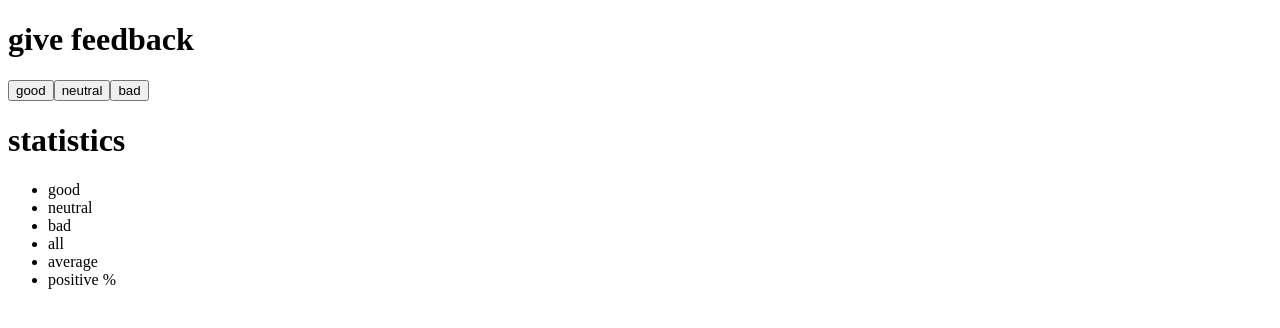
Repository: mariocapitbrok/helsinki-fullstack
Page: / (app in part1/unicafe/)
These files come from the project's save history. The page is drawn as it stood at one moment and after the next save; the edit follows.
The browser window is 1280 px wide. The pictures show the whole page.
The project was rebuilt for these pictures with package versions that can differ from the ones it lists, and the page was loaded fresh each time.

Above is the page before, as saved 2022-01-09 07:48:08.

### part1/unicafe/src/App.js
/* global BigInt */
import React, { useState } from 'react'

const Button = ({ onClick, text }) => <button onClick={onClick}>{text}</button>

const List = ({ title, value }) => (
  <li>
    {title} {value}
  </li>
)

const App = () => {
  const [good, setGood] = useState(BigInt(0))
  const [neutral, setNeutral] = useState(BigInt(0))
  const [bad, setBad] = useState(BigInt(0))
  const [total, setTotal] = useState(BigInt(0))
  const [average, setAverage] = useState(BigInt(0))
  const [percentage, setPercentage] = useState(BigInt(0))

  const handleGood = () => {
    const newGood = good + 1
    const newTotal = newGood + neutral + bad
    const newAverage = (newGood - bad) / newTotal
    const newPercentage = ((newGood / newTotal) * 100).toFixed(14)

    setGood(newGood)
    setTotal(newTotal)
    setAverage(newAverage)
    setPercentage(newPercentage)
  }

  const handleNeutral = () => {
    const newNeutral = neutral + 1
    const newTotal = good + newNeutral + bad
    const newAverage = (good - bad) / newTotal
    const newPercentage = ((good / newTotal) * 100).toFixed(14)

    setNeutral(newNeutral)
    setTotal(newTotal)
    setAverage(newAverage)
    setPercentage(newPercentage)
  }

  const handleBad = () => {
    const newBad = bad + 1
    const newTotal = good + neutral + newBad
    const newAverage = (good - newBad) / newTotal
    const newPercentage = ((good / newTotal) * 100).toFixed(14)

    setBad(newBad)
    setTotal(newTotal)
    setAverage(newAverage)
    setPercentage(newPercentage)
  }

  return (
    <div>
      <h1>give feedback</h1>
      <Button onClick={handleGood} text="good" />
      <Button onClick={handleNeutral} text="neutral" />
      <Button onClick={handleBad} text="bad" />
      <h1>statistics</h1>
      <ul>
        <List title="good" value={good} />
        <List title="neutral" value={neutral} />
        <List title="bad" value={bad} />
        <li>all {total}</li>
        <li>average {average}</li>
        <li>positive {percentage} %</li>
      </ul>
    </div>
  )
}

export default App

Loaded but not shown: part1/unicafe/public/index.html (common file); part1/unicafe/src/index.js (common file)

After the next save:
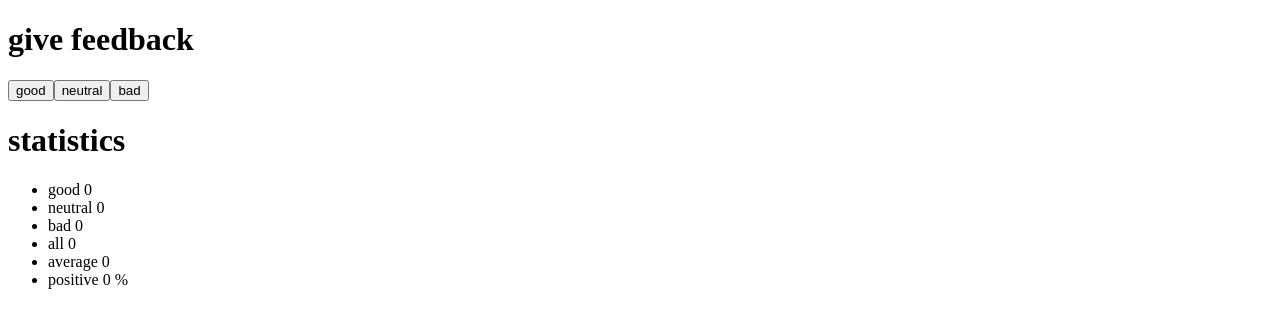
Saved 20 s later.
--- a/part1/unicafe/src/App.js
+++ b/part1/unicafe/src/App.js
@@ -10,12 +10,12 @@ const List = ({ title, value }) => (
 )
 
 const App = () => {
-  const [good, setGood] = useState(BigInt(0))
-  const [neutral, setNeutral] = useState(BigInt(0))
-  const [bad, setBad] = useState(BigInt(0))
-  const [total, setTotal] = useState(BigInt(0))
-  const [average, setAverage] = useState(BigInt(0))
-  const [percentage, setPercentage] = useState(BigInt(0))
+  const [good, setGood] = useState(0)
+  const [neutral, setNeutral] = useState(0)
+  const [bad, setBad] = useState(0)
+  const [total, setTotal] = useState(0)
+  const [average, setAverage] = useState(0)
+  const [percentage, setPercentage] = useState(0)
 
   const handleGood = () => {
     const newGood = good + 1
